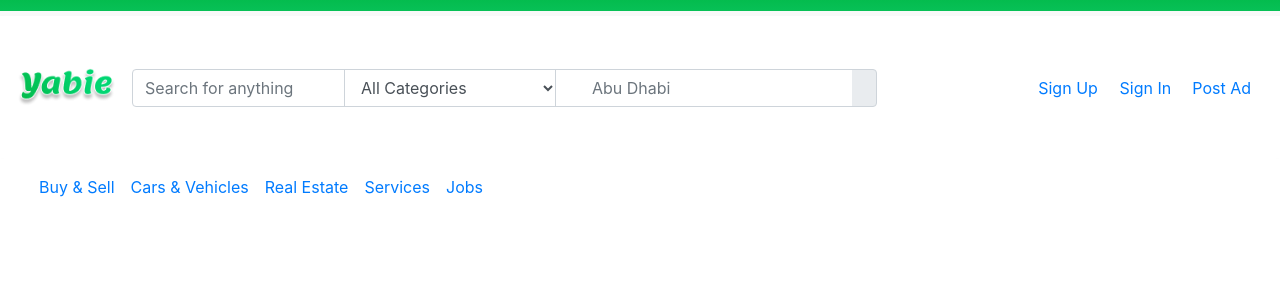
Repository: muazzamkha95/yabie
Page: homepage.html
An editor plug-in stored every save of this project. The page is shown before and after a run of saves, followed by the edit.
The browser window is 1280 px wide. The pictures show the whole page.

Above is the page before, as saved 2020-07-02 21:57:45.
Console error: TypeError: Cannot read properties of undefined (reading 'fn')

After the next 2 saves:
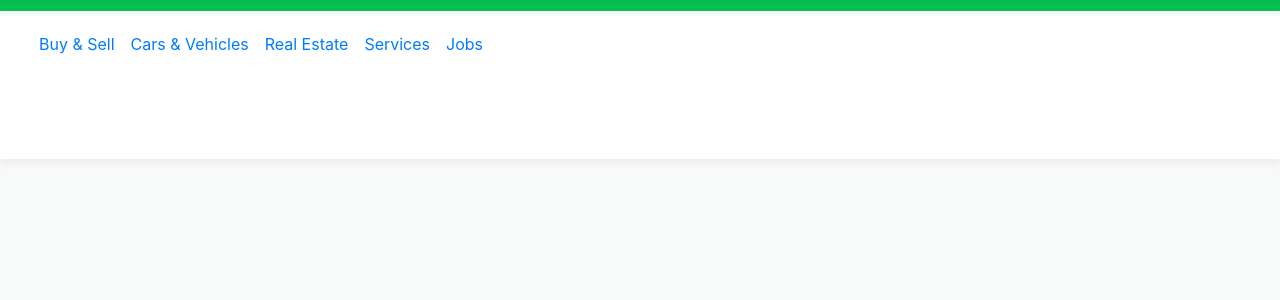
The 2 saves are shown as one change because they came seconds apart.
The last was saved 51 s later.
--- a/homepage.html
+++ b/homepage.html
@@ -13,69 +13,7 @@
 <body>
         <div class="topBar"></div>
 
-            <nav class="navbar navbar-expand-lg ">
-                <!-- Brand -->
-                <a class="navbar-brand" href="#">
-                    <img src="images/YabieLogo.png" width="100px">
-                </a>
 
-                <!-- Toggler/collapsibe Button -->
-                <button class="navbar-toggler" type="button" data-toggle="collapse" data-target="#collapsibleNavbar">
-                    <span class="navbar-toggler-icon"></span>
-                </button>
-
-                <!-- Navbar links -->
-                <div class="collapse navbar-collapse" id="collapsibleNavbar">
-                    <ul class="navbar-nav">
-                        <form class="form-inline" action="#">
-                            <div class="input-group">
-                                <input type="text" class="form-control" placeholder="Search for anything" required>
-                                <select class="form-control border-right-0" required>
-                                    <option>All Categories</option>
-                                    <option value="a">A</option>
-                                    <option value="b">B</option>
-                                </select>
-                                <div class="input-group">
-                                    <div class="input-group-append">
-                                        <span class="input-group-text bg-white text-success border-right-0"><i class="fa fa-map-marker-alt"></i></span>
-                                    </div>
-                                    <input type="text" class="form-control border-left-0 border-right-0" placeholder="Abu Dhabi" required>
-                                    <div class="input-group-append">
-                                        <button type="submit" class="input-group-text"><i class="fa fa-search text-success"></i></button>
-                                    </div>
-                                </div>
-                            </div>
-                        </form>
-                    </ul>
-                    <ul class="navbar-nav ml-auto">
-                        <div class="d-block d-lg-none">
-                            <li class="nav-item">
-                                <a class="nav-link" href="#">Buy &amp; Sell</a>
-                            </li>
-                            <li class="nav-item">
-                                <a class="nav-link" href="#">Cars &amp; Vehicles</a>
-                            </li>
-                            <li class="nav-item">
-                                <a class="nav-link" href="#">Real Estate</a>
-                            </li>
-                            <li class="nav-item">
-                                <a class="nav-link" href="#">Services</a>
-                            </li>
-                            <li class="nav-item">
-                                <a class="nav-link" href="#">Jobs</a>
-                            </li>
-                        </div>
-                        <li class="nav-item d-flex align-items-center">
-                            <a class="nav-link" href="#">Sign Up</a>
-                            <span class="text-white">/</span>
-                            <a class="nav-link" href="#">Sign In</a>
-                        </li>
-                        <li class="nav-item d-flex align-items-center">
-                            <a class="btn btn-white" href="#">Post Ad</a>
-                        </li>
-                    </ul>
-                </div>
-            </nav>
             <nav class="navbar navbar-expand-lg d-none d-lg-block">
                 <div class="container-fluid">
                     <ul class="navbar-nav">
